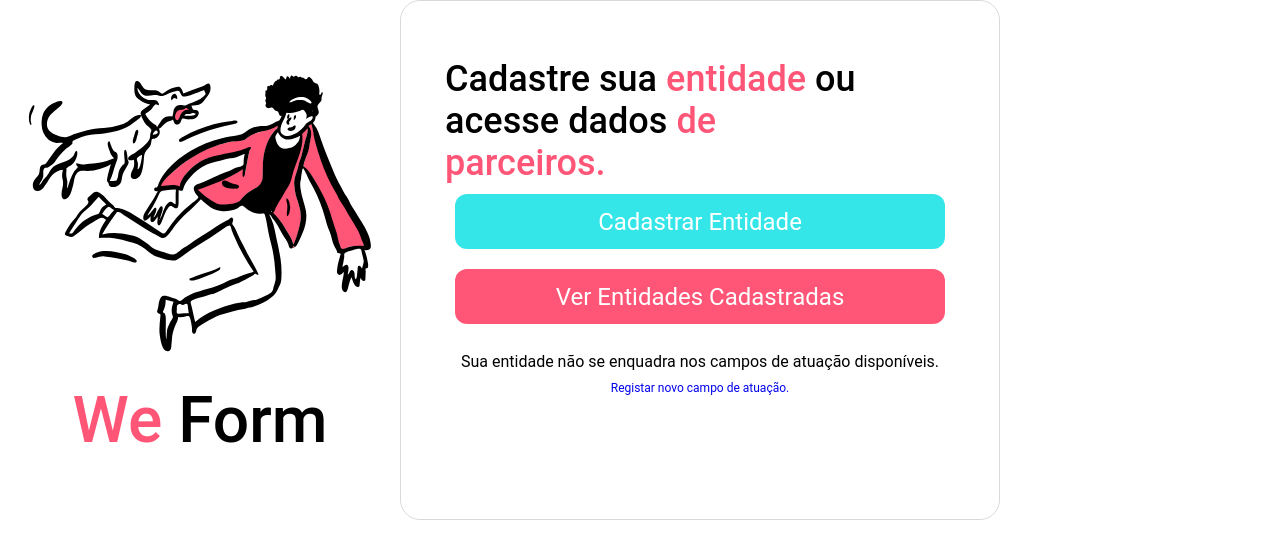
Repository: guilhermecardoso93/we-form
Page: index.html
The author's editor kept a copy of each file at every save. The page is drawn from the files as they stood at one save, then again after the next save.
The browser window is 1280 px wide. The pictures show the whole page.

Above is the page before, as saved 2024-06-09 17:34:42.

After the next save:
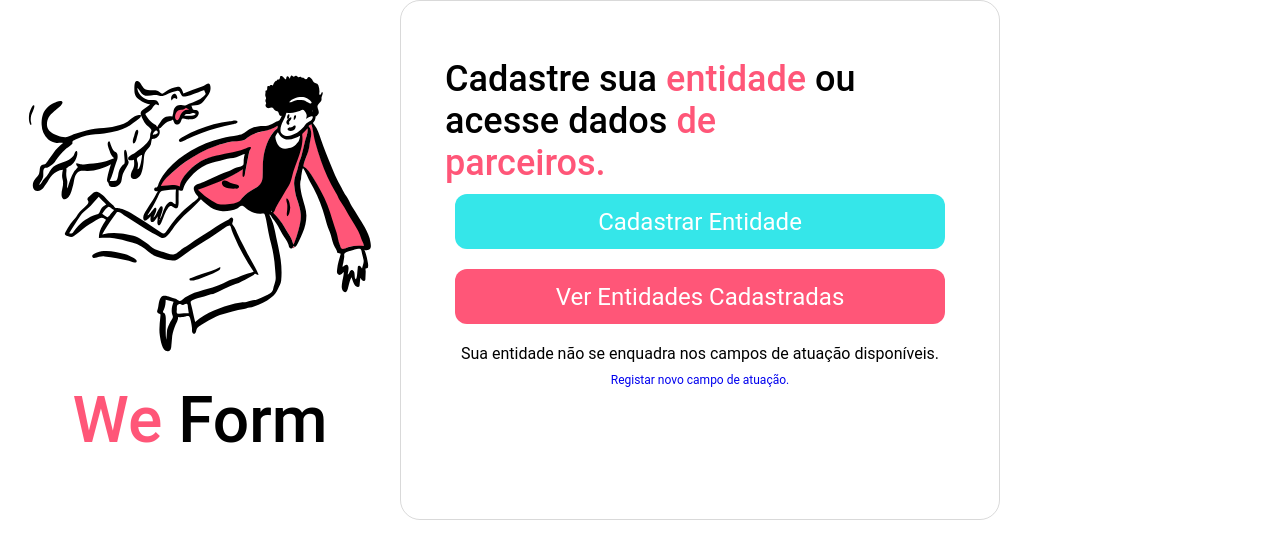
Saved 9 s later.
--- a/styles.css
+++ b/styles.css
@@ -96,7 +96,7 @@ main h2 {
 
 .footer p {
   font-size: 1.6rem;
-  margin-top: 1.8rem;
+  margin-top: 1rem;
 }
 
 .footer a {
